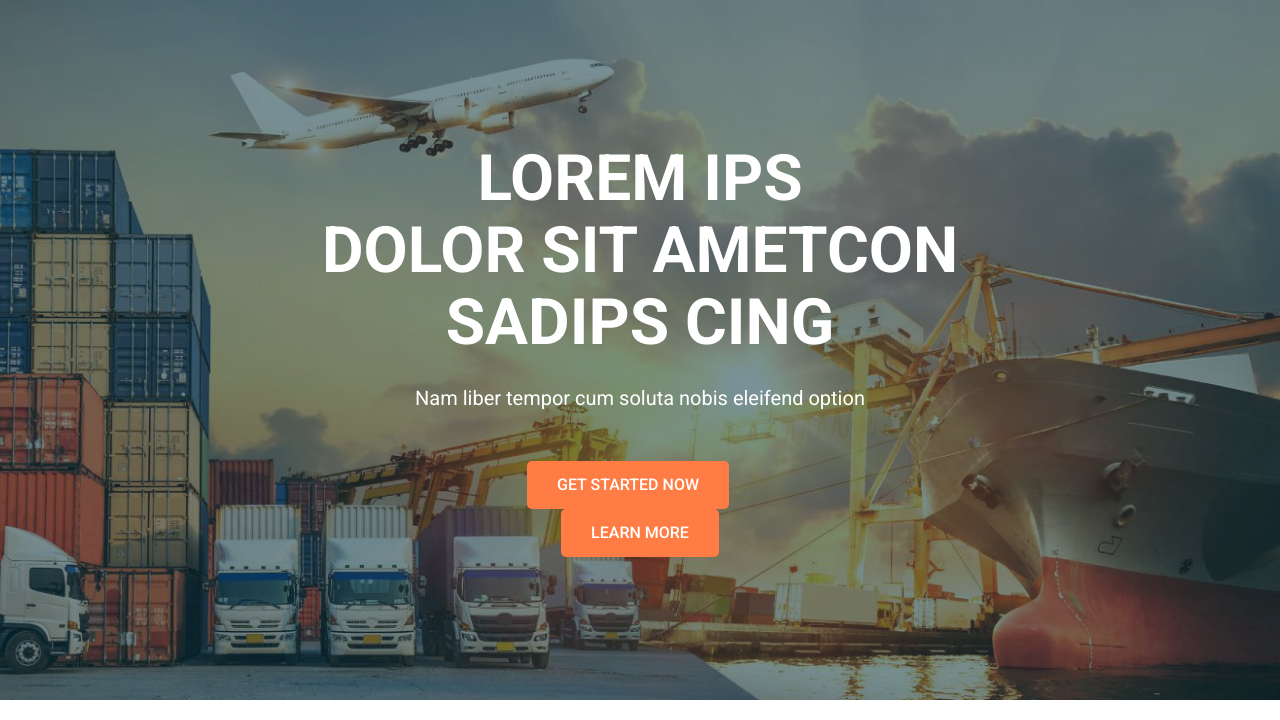
Repository: nazmulalok/shipping-template
Page: index.html
An editor plug-in stored every save of this project. The page is shown before and after the next save, followed by the edit.
The browser window is 1280 px wide. The pictures show the whole page.

Above is the page before, as saved 2022-10-03 01:44:28.

### index.html
<!DOCTYPE html>
<html lang="en">

    <head>
        <meta charset="UTF-8">
        <meta http-equiv="X-UA-Compatible" content="IE=edge">
        <meta name="viewport" content="width=device-width, initial-scale=1.0">
        <link rel="preconnect" href="https://fonts.googleapis.com">
        <link rel="preconnect" href="https://fonts.gstatic.com" crossorigin>
        <link
            href="https://fonts.googleapis.com/css2?family=Roboto:ital,wght@0,300;0,400;0,500;0,700;0,900;1,300;1,400;1,500;1,700;1,900&display=swap"
            rel="stylesheet">
        <link href="https://cdn.jsdelivr.net/npm/bootstrap@5.2.1/dist/css/bootstrap.min.css" rel="stylesheet"
            integrity="sha384-iYQeCzEYFbKjA/T2uDLTpkwGzCiq6soy8tYaI1GyVh/UjpbCx/TYkiZhlZB6+fzT" crossorigin="anonymous">
        <link rel="stylesheet" href="style.css">
        <title>Document</title>
    </head>

    <body>
        <!-- Slider -->
        <section>
            <div class="main-slider">
                <div class="container">
                    <div class="slide-content">
                        <div class="slide-text">
                            <div class="slider-title mb-4">Lorem ips<br>
                                dolor sit ametcon<br>
                                sadips cing</div>
                            <p>Nam liber tempor cum soluta nobis eleifend option</p>
                            <div class="sliderBtn mt-5"><a class="common-btn me-4" href="#">Get Started Now</a></div>
                            <a class="common-btn" href="#">Learn More</a>
                        </div>
                    </div>
                </div>
            </div>
        </section>














        <script src="https://cdn.jsdelivr.net/npm/@popperjs/core@2.11.6/dist/umd/popper.min.js"
            integrity="sha384-oBqDVmMz9ATKxIep9tiCxS/Z9fNfEXiDAYTujMAeBAsjFuCZSmKbSSUnQlmh/jp3"
            crossorigin="anonymous"></script>
        <script src="https://cdn.jsdelivr.net/npm/bootstrap@5.2.1/dist/js/bootstrap.min.js"
            integrity="sha384-7VPbUDkoPSGFnVtYi0QogXtr74QeVeeIs99Qfg5YCF+TidwNdjvaKZX19NZ/e6oz"
            crossorigin="anonymous"></script>
    </body>

</html>

### style.css
* {
    margin: 0;
    padding: 0;
}

:root {
    --main-color: #FF7D44;
    --secondary-color: #0B3742;
    --tertiary-color: #FFFFFF;
}

body {
    font-family: 'Roboto', sans-serif;
}

/* slider style starts */

.main-slider>* {
    z-index: 10;
}

.main-slider {
    background: url(images/shipping-banner.jpg);
    height: 700px;
    width: 100%;
    background-size: cover;
    background-repeat: no-repeat;
    background-position: center;
    position: relative;
    display: flex;
    align-items: center;
    transition: all 1s;
}

.main-slider:before {
    content: '';
    width: 100%;
    height: 100%;
    top: 0;
    left: 0;
    position: absolute;
    background-color: rgb(11 55 66 / 55%);
    z-index: 1;
}

.slide-content {
    text-align: center;
}

.slide-text {
    color: var(--tertiary-color);
}

.slider-title {
    font-size: 4rem;
    font-weight: 600;
    line-height: 4.5rem;
    text-transform: uppercase;
}

.slide-text p {
    font-size: 20px;
}

a.common-btn {
    display: inline-block;
    text-decoration: none;
    color: var(--tertiary-color);
    background: var(--main-color);
    padding: 12px 30px;
    border-radius: 5px;
    font-size: 16px;
    font-weight: 500;
    text-transform: uppercase;
}

After the next save:
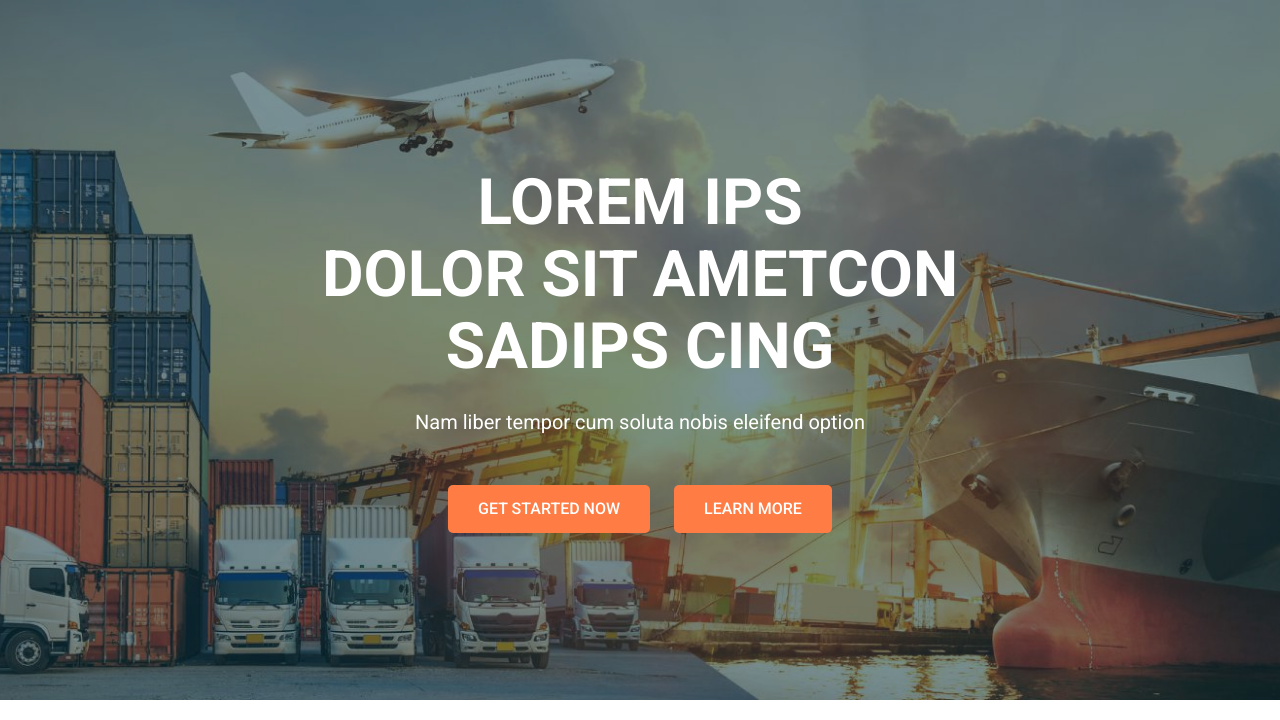
Saved 17 s later.
--- a/index.html
+++ b/index.html
@@ -27,8 +27,8 @@
                                 dolor sit ametcon<br>
                                 sadips cing</div>
                             <p>Nam liber tempor cum soluta nobis eleifend option</p>
-                            <div class="sliderBtn mt-5"><a class="common-btn me-4" href="#">Get Started Now</a></div>
-                            <a class="common-btn" href="#">Learn More</a>
+                            <div class="sliderBtn mt-5"><a class="common-btn me-4" href="#">Get Started Now</a><a
+                                    class="common-btn" href="#">Learn More</a></div>
                         </div>
                     </div>
                 </div>
